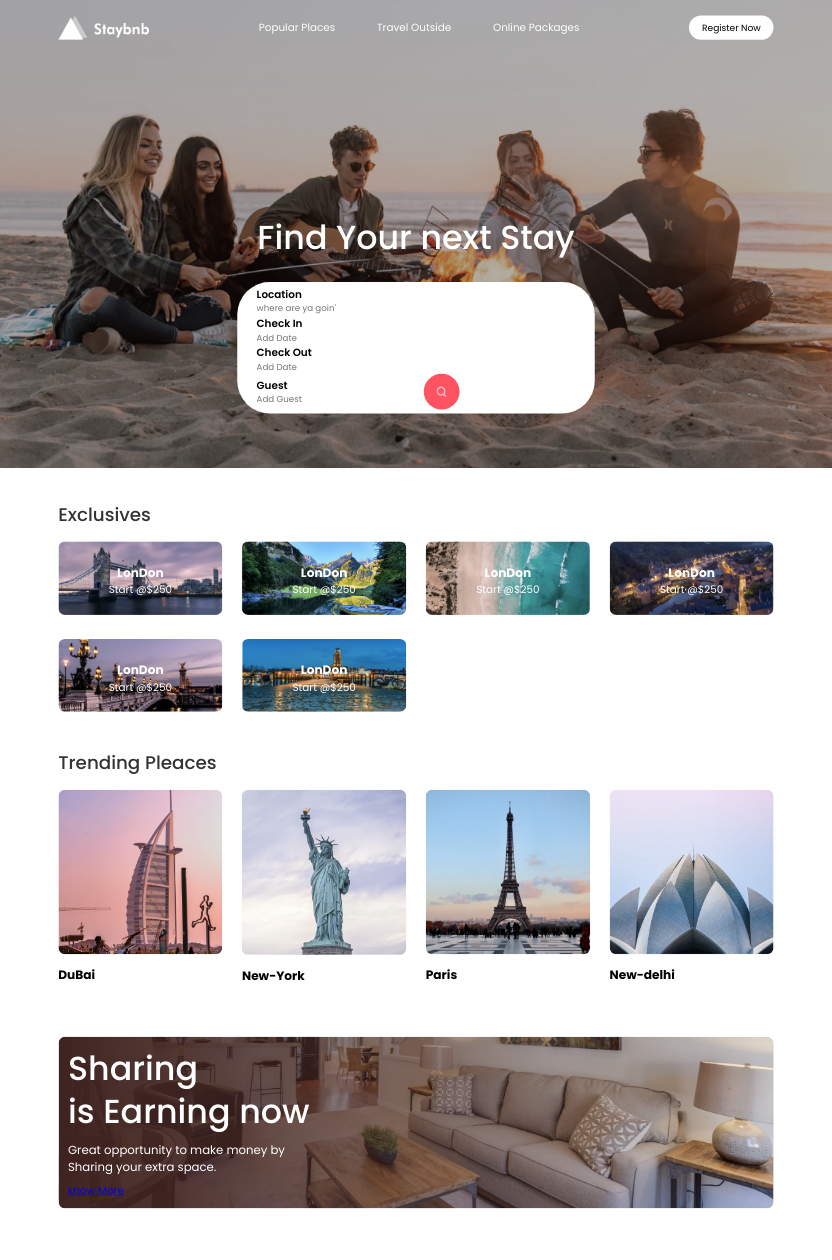
Repository: pinocoding/AirBnB
Page: house.html
The author's editor kept a copy of each file at every save. The page is drawn from the files as they stood at one save, then again after the next save.
The browser window is 1280 px wide. The pictures show the whole page, at 65% of full size.

Above is the page before, as saved 2022-01-23 15:55:34.

After the next save:
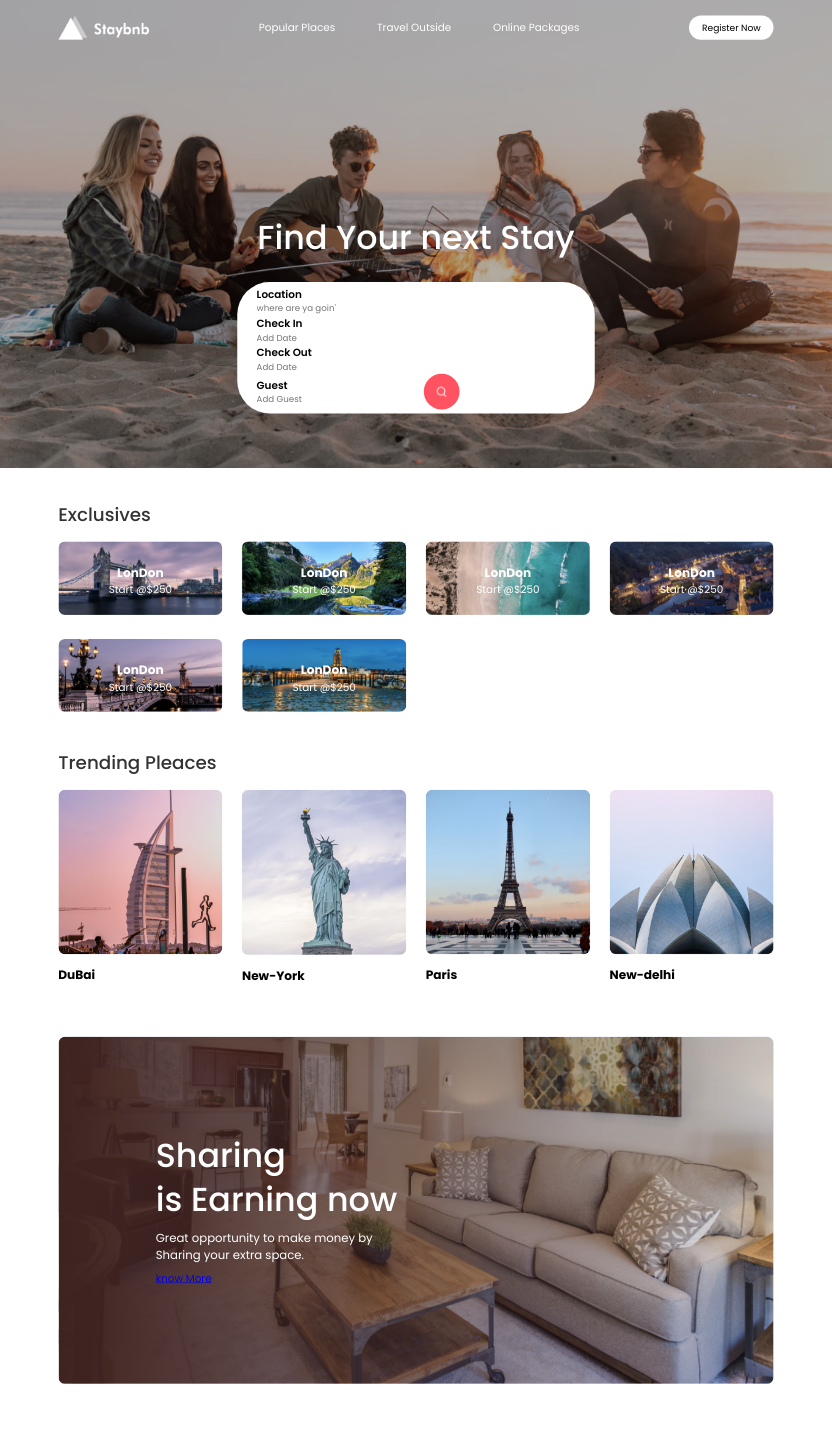
Saved 10 s later.
--- a/style.css
+++ b/style.css
@@ -151,7 +151,7 @@ padding-top: 22%
   background-size: cover ;
   background-position: center;
   border-radius: 10px;
-  padding: 15px;
+  padding: 150px;
   color: var(--text-colorWhite);
 
 
